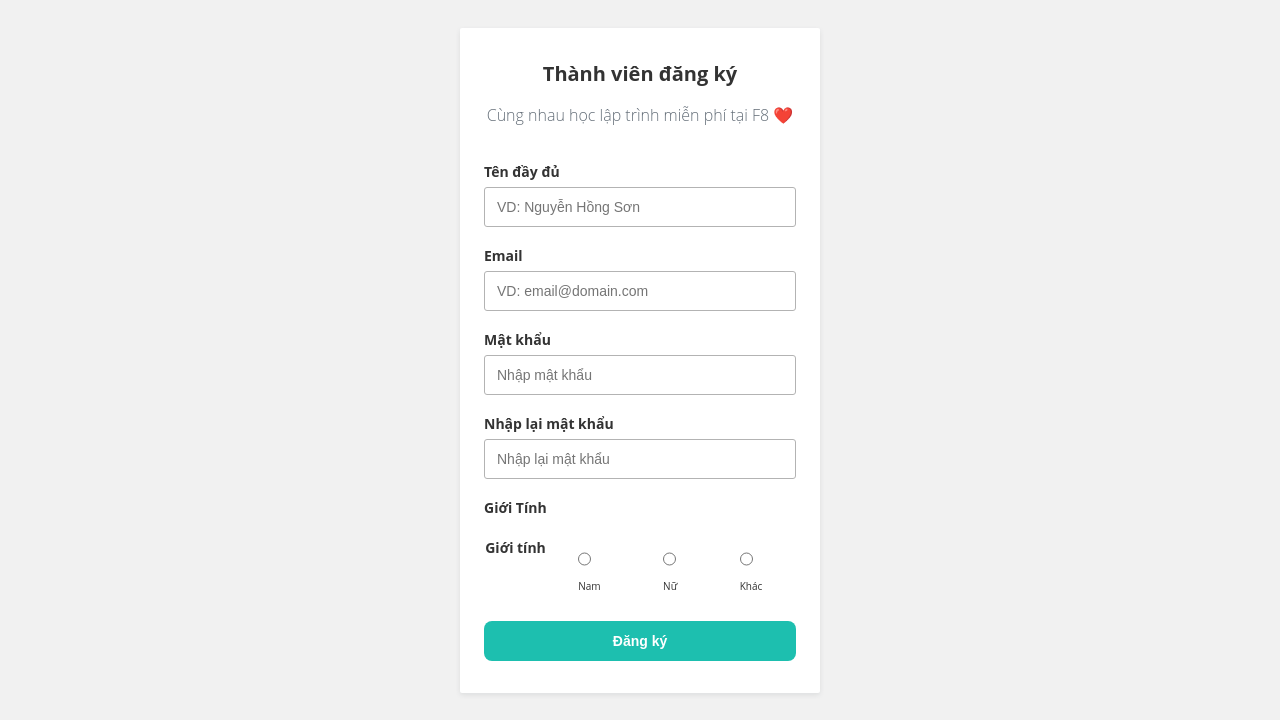
Repository: ahihison/Validation
Page: index.html
These files come from the project's save history. The page is drawn as it stood at one moment and after a run of saves; the edit follows.
The browser window is 1280 px wide. The pictures show the whole page.

Above is the page before, as saved 2022-08-31 09:40:44.

After the next 5 saves:
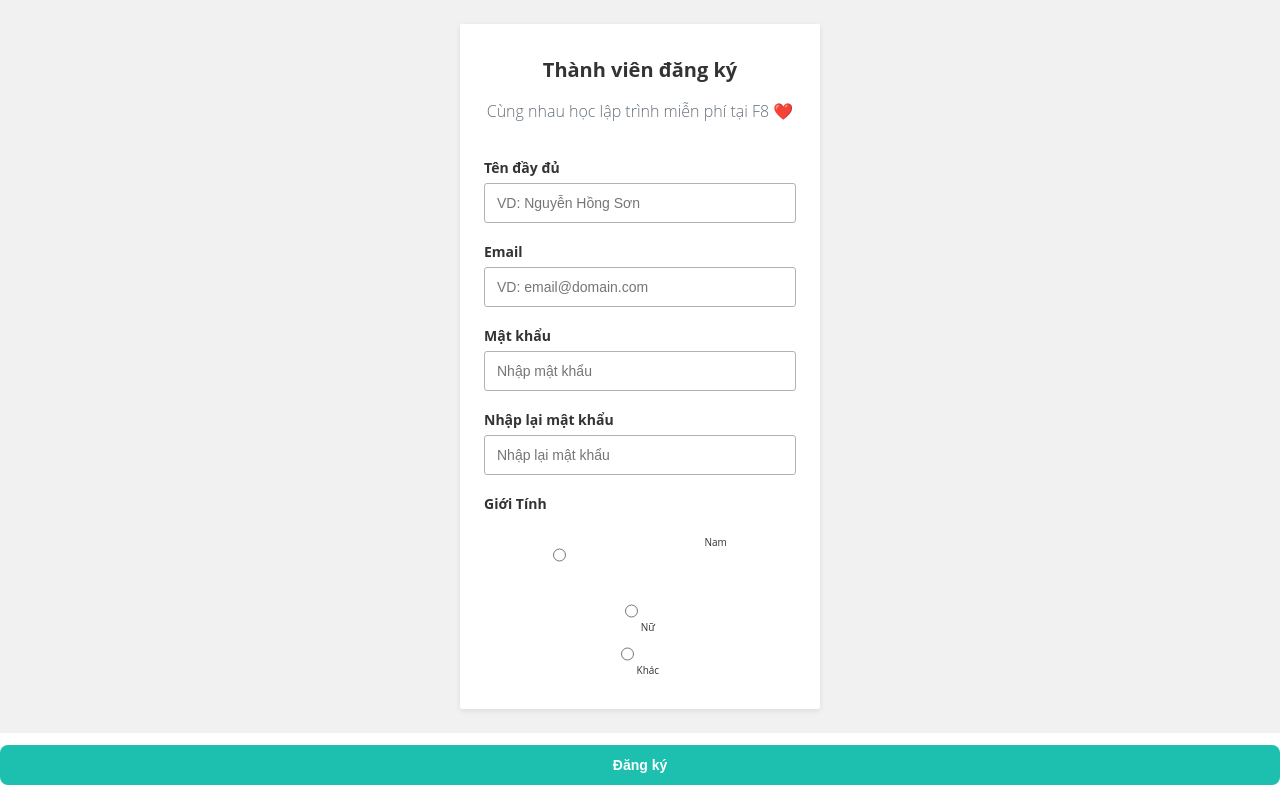
The 5 saves are shown as one change because they came seconds apart.
The last was saved 11 s later.
--- a/index.html
+++ b/index.html
@@ -36,11 +36,8 @@
             </div>
             <div class="form-group">
                 <label for="password_confirmation" class="form-label" >Giới Tính</label>
-
             </div>
             <div class="form-group genderformat">
-                <label for="password_confirmation" class="form-label" >Giới tính</label>
-                <div>
                     <input type="radio" name="gender" value="male" id="gender" class="form-control">
                     <span id="gender">Nam</span>
                 </div>
